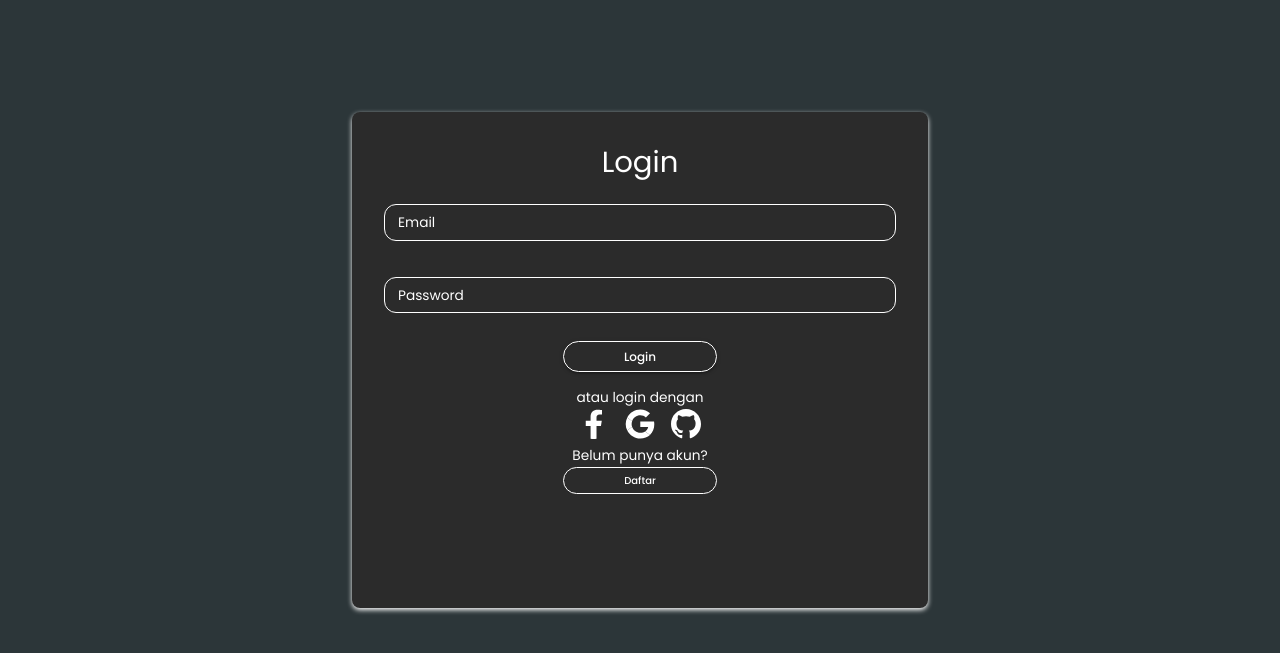
Repository: IzzaSuni/Izza-ToDo
Page: /login
These files come from the project's save history. The page is drawn as it stood at one moment and after the next save; the edit follows.
The browser window is 1280 px wide. The pictures show the whole page.
The project was rebuilt for these pictures with package versions that can differ from the ones it lists, and the page was loaded fresh each time. Also part of the build but not shown: src/App.css, src/services.js, src/utils/Query.js, src/utils/isLogin.js, src/components/List.js, src/components/Filter.js, src/components/ohayo.js, src/components/navbar.js and 2 more.

Above is the page before, as saved 2022-08-19 20:24:58.

After the next save:
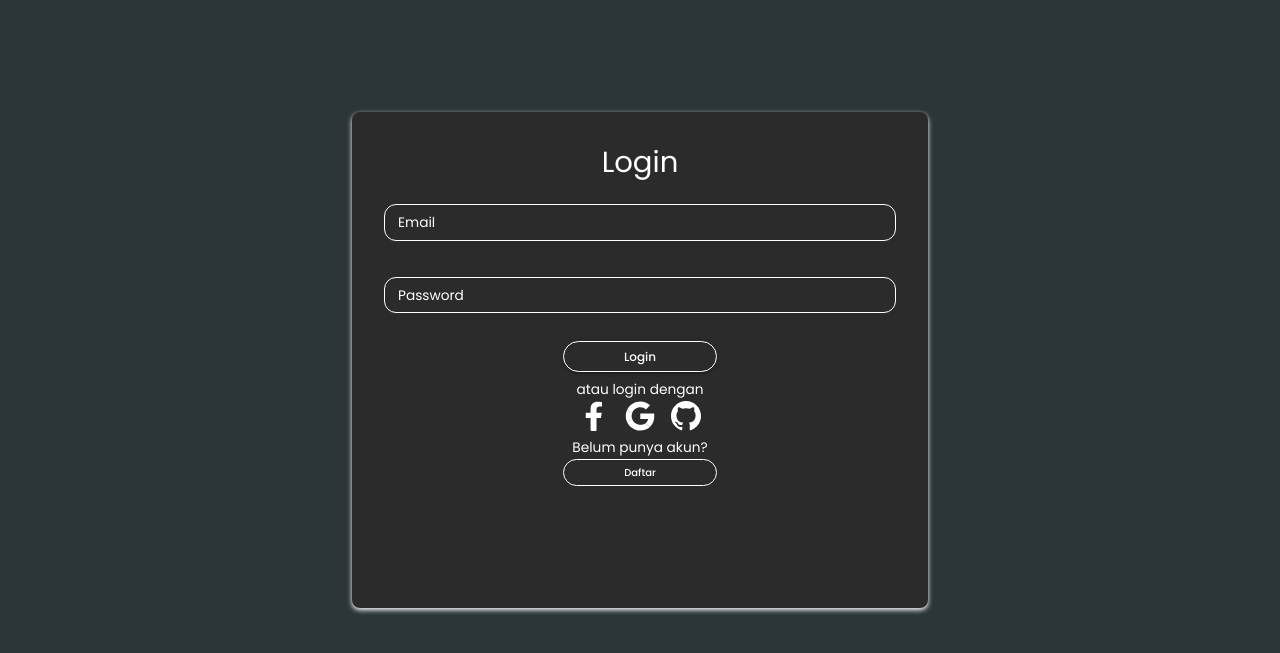
Saved 40 s later.
--- a/src/components/Login.js
+++ b/src/components/Login.js
@@ -162,7 +162,7 @@
                 <Typography id="helperPass" />
               </Box>
             </Box>
-            <Box display="flex" justifyContent={"center"} pb={2}>
+            <Box display="flex" justifyContent={"center"} pb={1}>
               <Input
                 type={"buttonLoading"}
                 loading={loading}

After the save that followed:
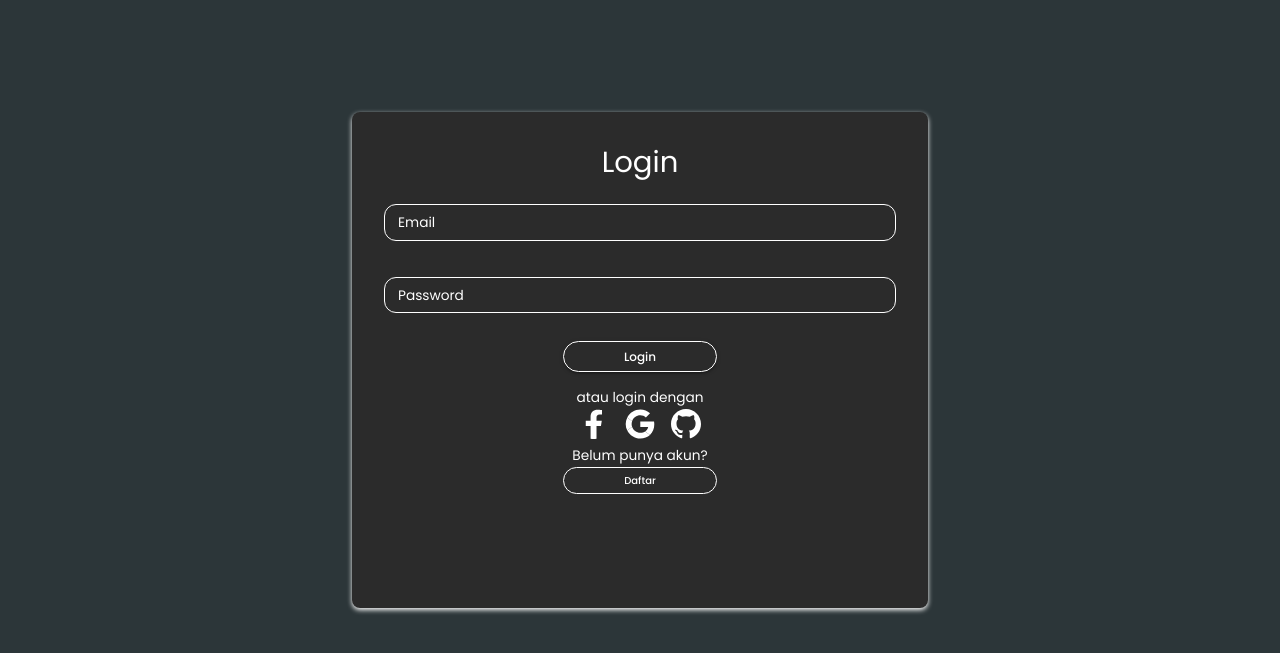
Saved 5 s later.
--- a/src/components/Login.js
+++ b/src/components/Login.js
@@ -162,7 +162,7 @@
                 <Typography id="helperPass" />
               </Box>
             </Box>
-            <Box display="flex" justifyContent={"center"} pb={1}>
+            <Box display="flex" justifyContent={"center"} pb={2}>
               <Input
                 type={"buttonLoading"}
                 loading={loading}
